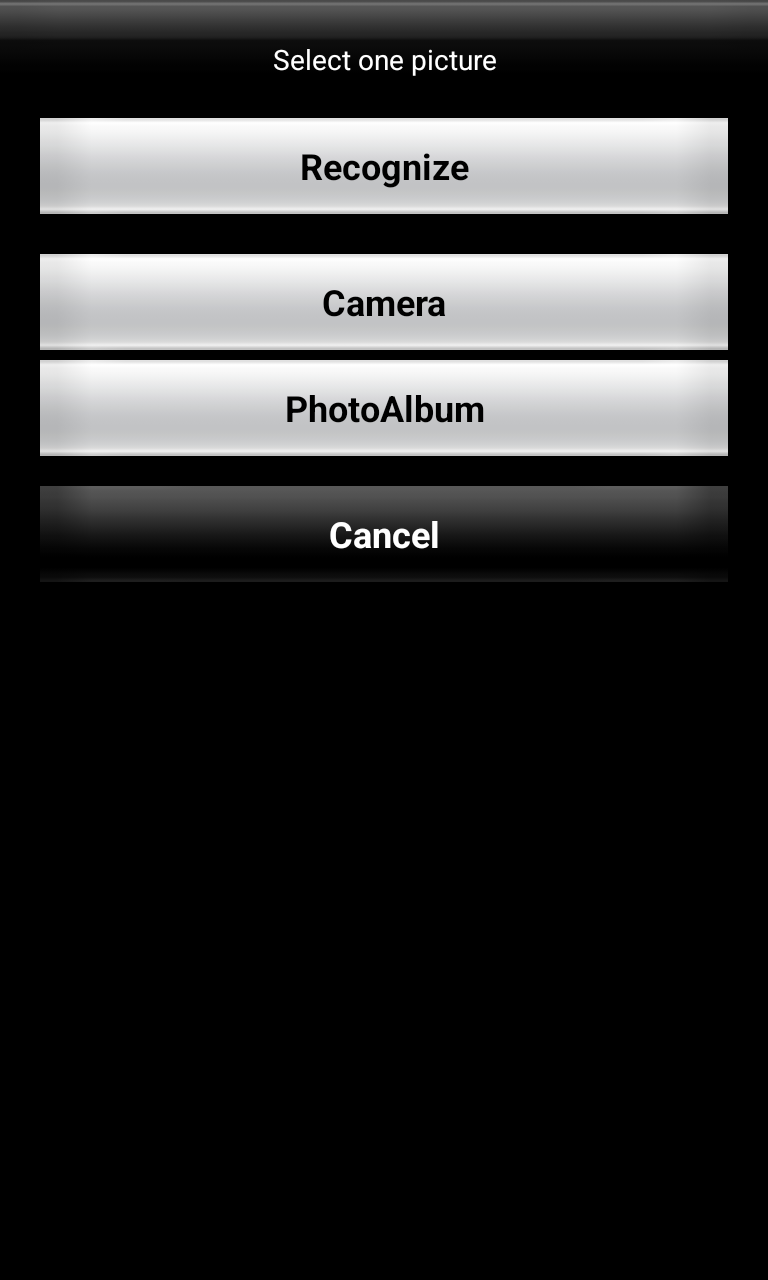
Repository: GitDidNotExitCleanly/FaceLabel
Layout: FaceLabel/res/layout/fragment_design_popup.xml
These files come from the project's save history. The layout is drawn as it stood at one moment and after the next save; the edit follows.
It is drawn on a 768 x 1280 px phone screen (xhdpi) without system bars, with theme AppTheme; the app's code is not run.

Above is the layout before, as saved 2015-04-19 02:21:10.

After the next save:
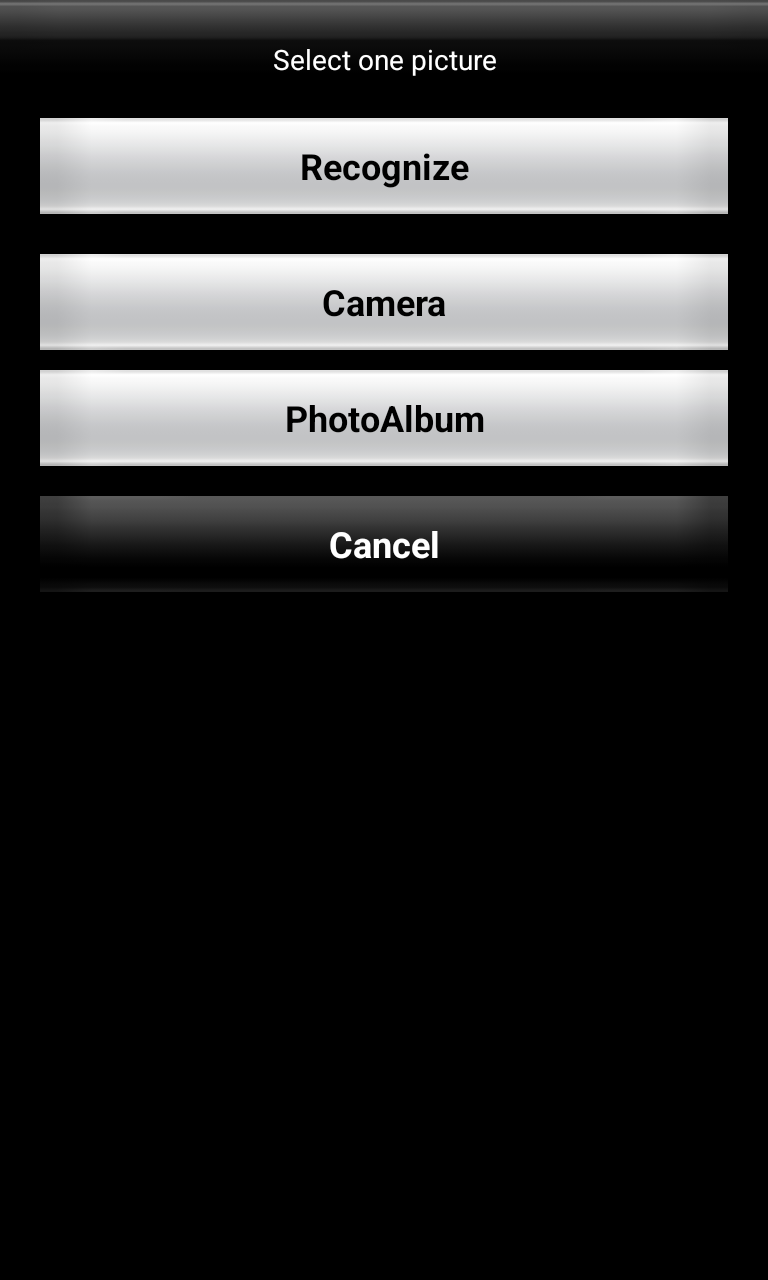
Saved 38 s later.
--- a/FaceLabel/res/layout/fragment_design_popup.xml
+++ b/FaceLabel/res/layout/fragment_design_popup.xml
@@ -47,7 +47,7 @@
         android:layout_height="wrap_content"
         android:layout_marginLeft="20dip"
         android:layout_marginRight="20dip"
-        android:layout_marginTop="5dip"
+        android:layout_marginTop="10dip"
         android:text="PhotoAlbum"
         android:textStyle="bold"
         android:background="@drawable/take_photo_button_effect" />
